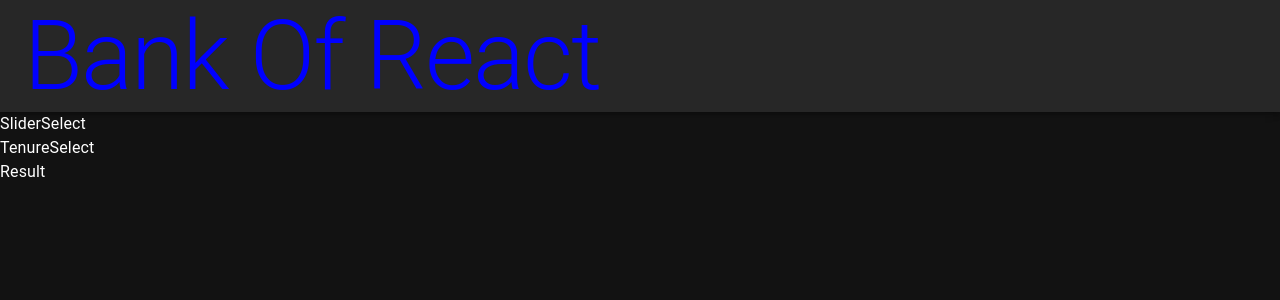
Repository: MikeeBuilds/mortgage-calculator
Page: /
An editor plug-in stored every save of this project. The page is shown before and after the next save, followed by the edit.
The browser window is 1280 px wide. The pictures show the whole page.
The project was rebuilt for these pictures with package versions that can differ from the ones it lists, and the page was loaded fresh each time.

Above is the page before, as saved 2023-04-03 17:04:41.

### src/index.js
import React from 'react';
import ReactDOM from 'react-dom/client';
import  CssBaseline  from '@mui/material/CssBaseline';
import { ThemeProvider, createTheme } from '@mui/material/styles';
import App from './App';
import reportWebVitals from './reportWebVitals';
import { theme } from './theme';

const root = ReactDOM.createRoot(document.getElementById('root'));
root.render(
  <React.StrictMode>
    <ThemeProvider theme={theme}>
      <CssBaseline />
    <App />
    </ThemeProvider>
  </React.StrictMode>
);

// If you want to start measuring performance in your app, pass a function
// to log results (for example: reportWebVitals(console.log))
// or send to an analytics endpoint. Learn more: https://bit.ly/CRA-vitals
reportWebVitals();

### src/App.js
import Navbar from "./components/Navbar";
import Result from "./components/Result";
import SliderSelect from "./components/SliderSelect";
import TenureSelect from "./components/TenureSelect";


function App() {
  return (
    <div className="App">
      <Navbar />
      <SliderSelect />
      <TenureSelect />
      <Result />
    </div>
  );
}

export default App;

### src/theme.js
import {  createTheme } from "@mui/material/styles";

export const theme = createTheme({
    palette: {
        mode: "dark",
    },
    typography: {
        h1: {

        },
    },
});

### src/components/Navbar.js
import React from 'react'
import AppBar from '@mui/material/AppBar'
import ToolBar from '@mui/material/Toolbar'
import Typography from '@mui/material/Typography'

const Navbar = () => {
  return (
    <AppBar position="static">
        <ToolBar>

            <Typography variant="h1" component="p" sx={{ color:'blue' }}>
                Bank Of React
            </Typography>
        </ToolBar>
    </AppBar>
  )
}

export default Navbar

### src/components/SliderSelect.js
import React from 'react'

const SliderSelect = () => {
  return (
    <div>SliderSelect</div>
  )
}

export default SliderSelect

### src/components/TenureSelect.js
import React from 'react'

const TenureSelect = () => {
  return (
    <div>TenureSelect</div>
  )
}

export default TenureSelect

Loaded but not shown: public/index.html (common file); src/reportWebVitals.js (common file); src/components/Result.js (common file)

After the next save:
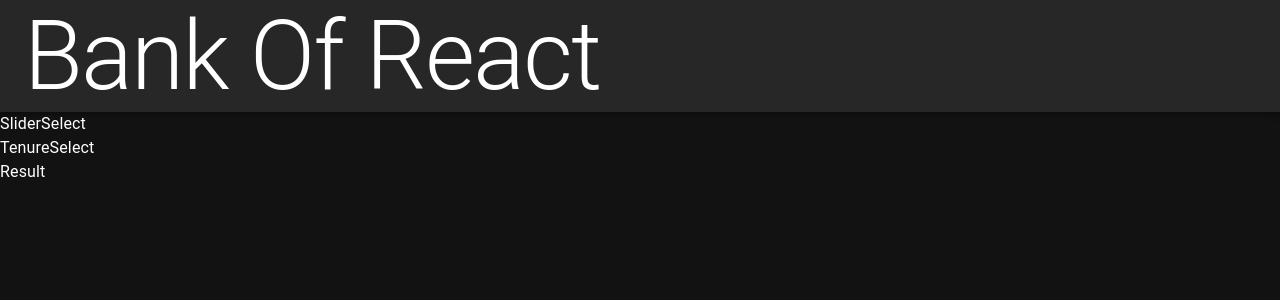
Saved 7 s later.
--- a/src/components/Navbar.js
+++ b/src/components/Navbar.js
@@ -8,7 +8,7 @@ const Navbar = () => {
     <AppBar position="static">
         <ToolBar>
 
-            <Typography variant="h1" component="p" sx={{ color:'blue' }}>
+            <Typography variant="h1" component="p" >
                 Bank Of React
             </Typography>
         </ToolBar>
